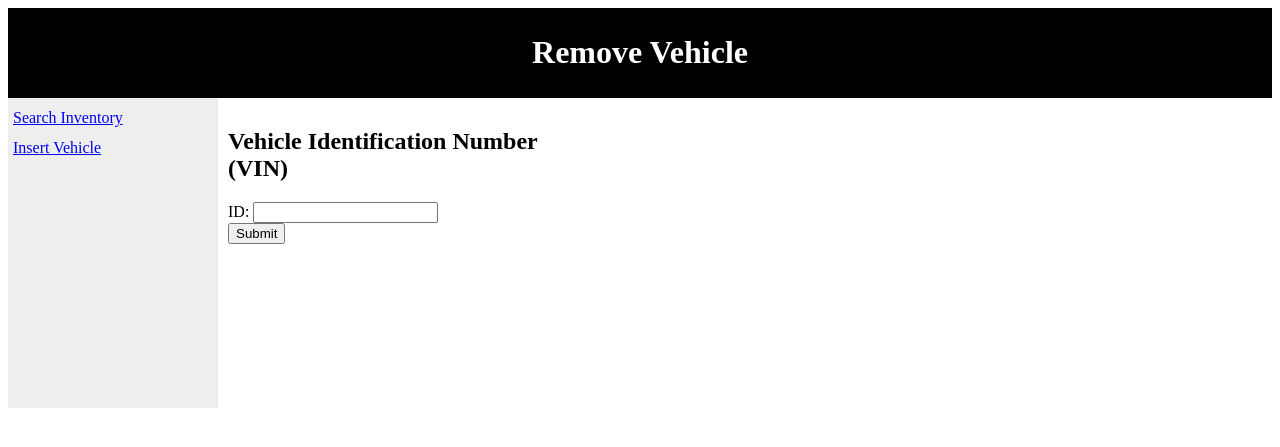
Repository: CamdenMurphy/workspace4830-intro-to-software-engineering
Page: techExercise/techExercise-Murphy/src/main/webapp/delete_murphy.html
These files come from the project's save history. The page is drawn as it stood at one moment and after the next save; the edit follows.
The browser window is 1280 px wide. The pictures show the whole page.

Above is the page before, as saved 2023-10-12 06:00:53.

After the next save:
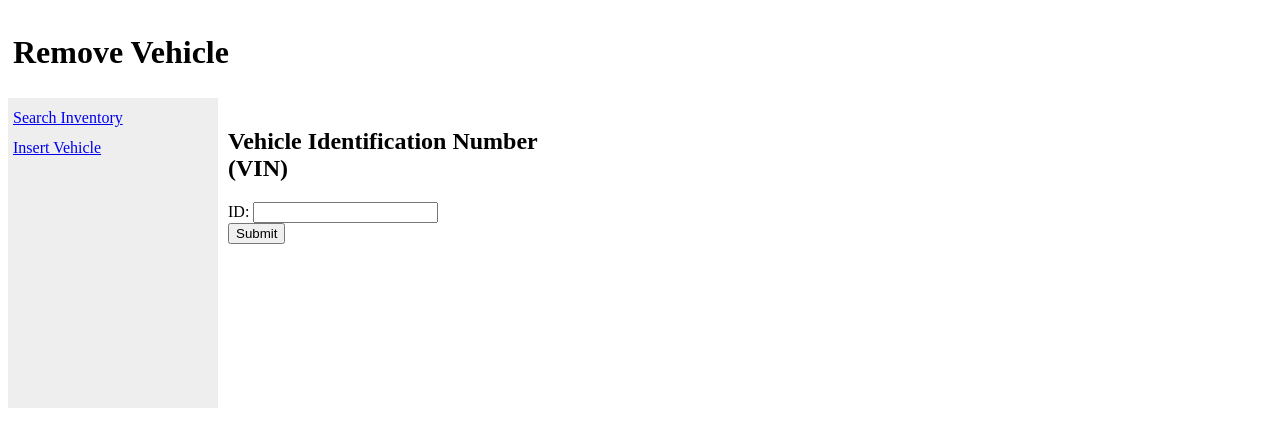
Saved 56 s later.
--- a/techExercise/techExercise-Murphy/src/main/webapp/delete_murphy.html
+++ b/techExercise/techExercise-Murphy/src/main/webapp/delete_murphy.html
@@ -2,9 +2,6 @@
 <head>
 <style>
 header {
-    background-color:black;
-    color:white;
-    text-align:center;
     padding:5px;
 }
 nav {
@@ -19,13 +16,6 @@ section {
     width:350px;
     float:left;
     padding:10px;
-}
-footer {
-    background-color:black;
-    color:white;
-    clear:both;
-    text-align:center;
-    padding:5px;
 }
 </style>
 </head>
